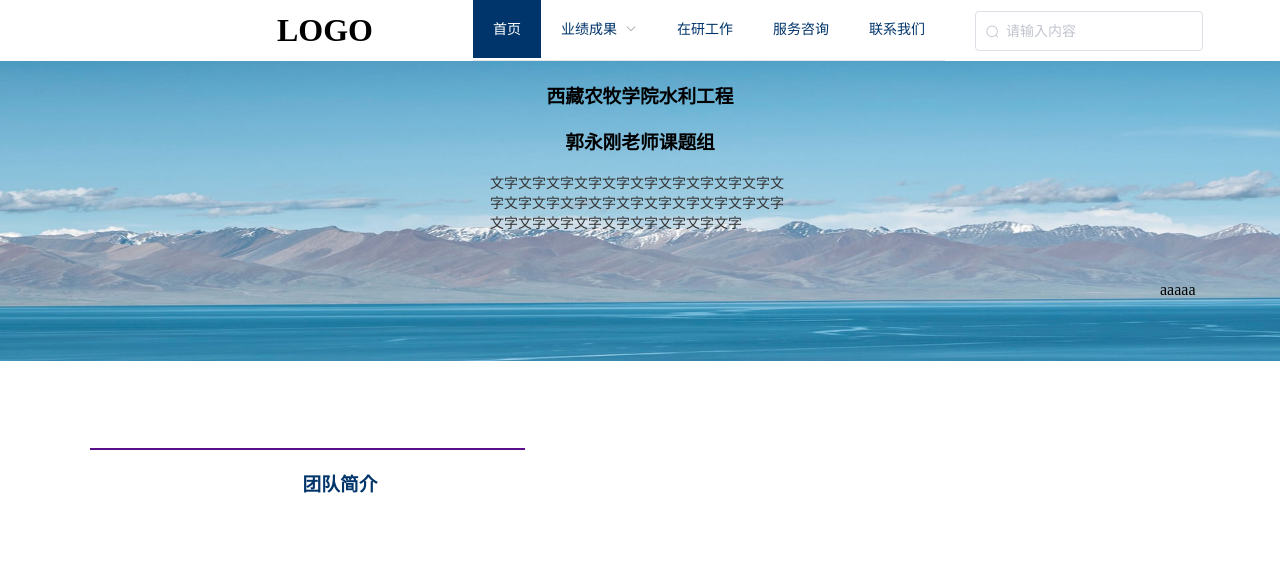
Repository: BLSY/xzust
Page: /
An editor plug-in stored every save of this project. The page is shown before and after the next save, followed by the edit.
The browser window is 1280 px wide. The pictures show the whole page.
The project was rebuilt for these pictures with package versions that can differ from the ones it lists, and the page was loaded fresh each time.

Above is the page before, as saved 2022-11-26 21:19:46.

After the next save:
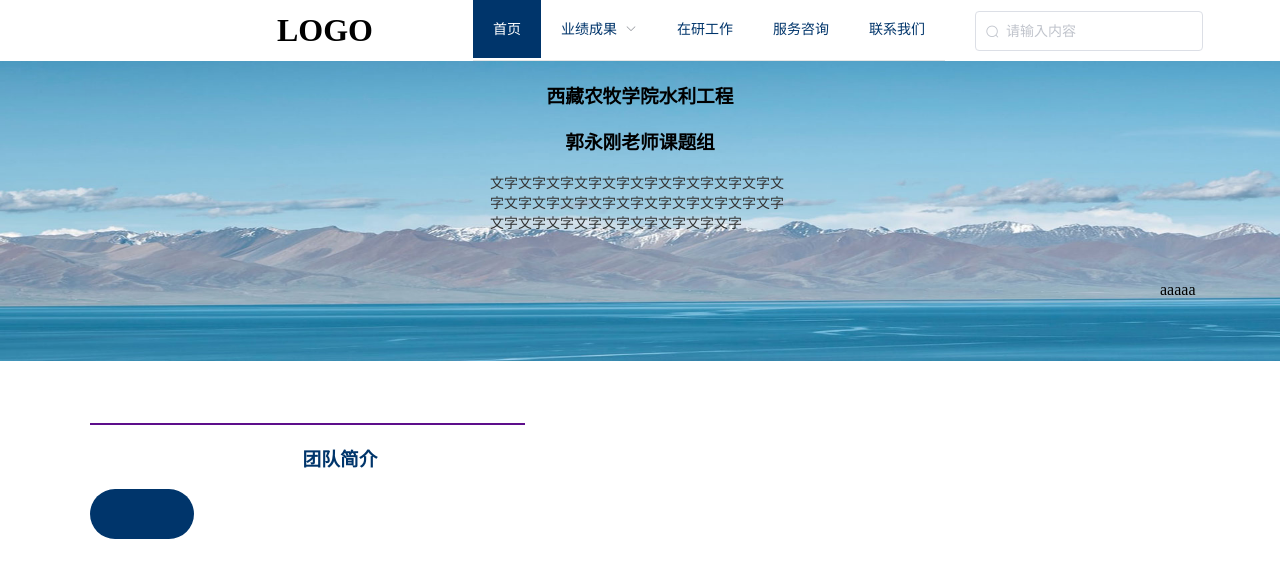
Saved 15 s later.
--- a/src/components/HelloWorld.vue
+++ b/src/components/HelloWorld.vue
@@ -50,7 +50,7 @@
       <div class="team-left">
         <div class="line"></div>
         <h3 class="team-title">团队简介</h3>
-        <div class="left-icon"></div>
+        <div class="team-icon"></div>
       </div>
       <div class="team-right">
 
